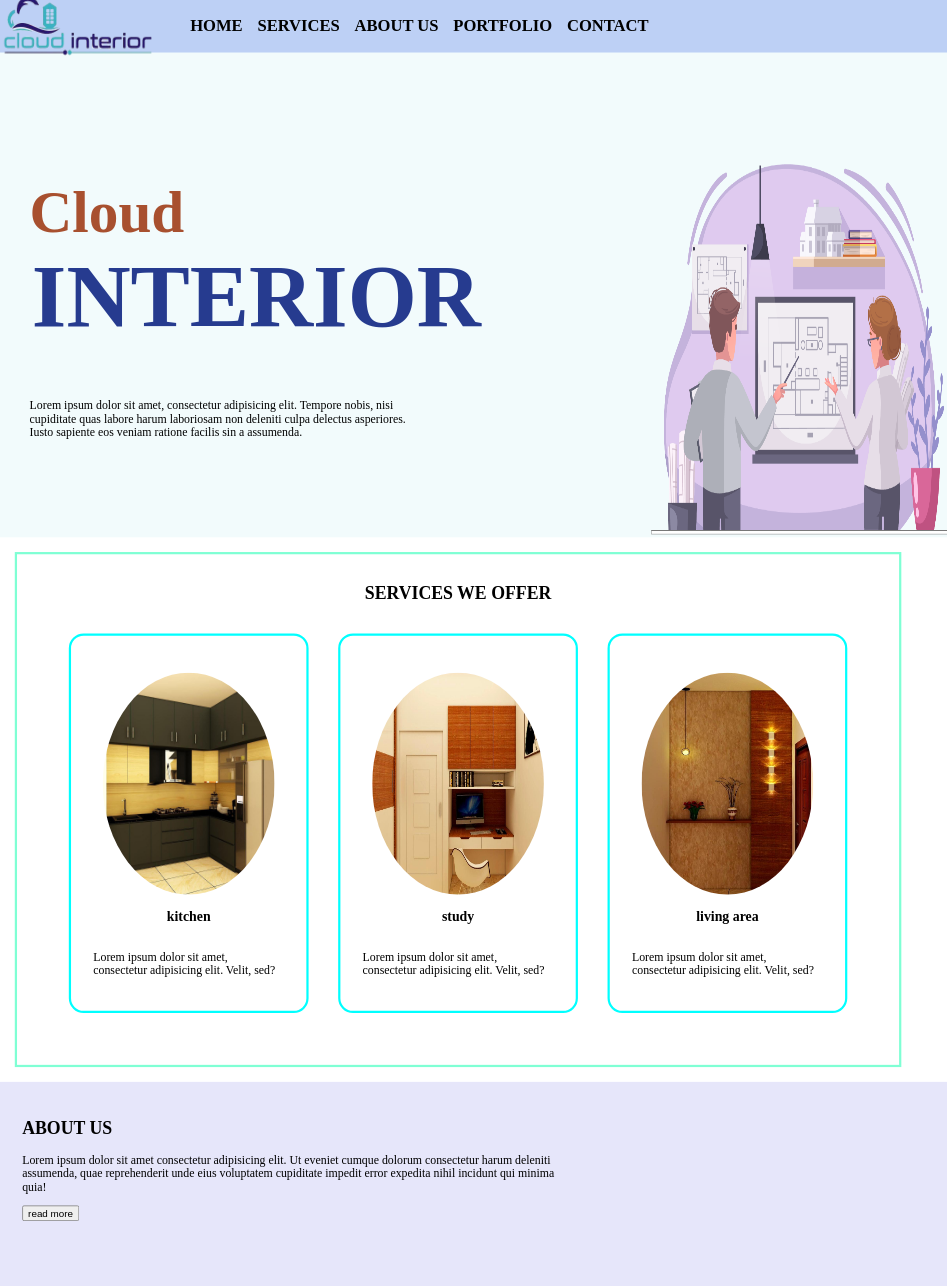
Repository: Ganavid/ganavidgowda.github.io
Page: cloud interior/‌index.html
The author's editor kept a copy of each file at every save. The page is drawn from the files as they stood at one save, then again after a run of saves.
The browser window is 1280 px wide. The pictures show the whole page, at 74% of full size.

Above is the page before, as saved 2023-03-04 01:10:10.

### cloud interior/‌index.html
<!DOCTYPE html>
<html lang="en">

<head>
    <meta charset="UTF-8">
    <meta http-equiv="X-UA-Compatible" content="IE=edge">
    <meta name="viewport" content="width=device-width, initial-scale=1.0">
    <link rel="stylesheet" href="interial.css">
    <title>cloud</title>
</head>

<body>
    <nav id="navbar">
        <div id="logocnt">
            <img id="logo" src="Layer 2.png" alt="the company" width="100px" height="50px">

        </div>
        <ul id="contents">
            <li class="item">
                <a href="interial.html">HOME</a>
            </li>
            <li class="item">
                <a href="#SERVICES">SERVICES</a>
            </li>
            <li class="item">
                <a href="about.html">ABOUT US</a>
            </li>
            <li class="item">
                <a href="gallery.html">PORTFOLIO</a>
            </li>
            <li class="item">
                <a href="register.html">CONTACT</a>
            </li>
        </ul>
    </nav>
    <div id="content2">
        <div id="subcontent">
            <h1>Cloud <br><span>Interior</span> </h1>
            <p>Lorem ipsum dolor sit amet,
                consectetur adipisicing elit.
                Tempore nobis, nisi cupiditate quas
                labore harum laboriosam non deleniti
                culpa delectus asperiores. Iusto
                sapiente eos veniam ratione facilis sin
                a assumenda.
            </p>
        </div>

        <div id="subcntimg">
            <img src="Group 1.png" alt=" studio" id="starter">
        </div>
    </div>

    <div id="ser">
        <h2 style="text-align: center;">SERVICES WE OFFER</h2>
        <div id="services">

            <div id="items">
                <img id="img1" src="ki1.jpeg" width="200px" height="300px" alt="kitchen">
                <h3>kitchen</h3>
                <p>Lorem ipsum dolor sit
                    amet, consectetur adipisicing
                    elit. Velit, sed?
                </p>
            </div>
            <div id="items">
                <img id="img1" src="stu1.jpeg" width="200px" height="300px" alt="">
                <h3>study</h3>
                <p>Lorem ipsum dolor sit
                    amet, consectetur adipisicing
                    elit. Velit, sed?
                </p>
            </div>
            <div id="items">
                <img id="img1" src="h2.jpeg" width="200px" height="300px" alt="bathroom">
                <h3>living area</h3>
                <p>Lorem ipsum dolor sit
                    amet, consectetur adipisicing
                    elit. Velit, sed?
                </p>
            </div>
        </div>

    </div>
    <div id="about">
        <h2>ABOUT US</h2>
        <p id="abtcon">Lorem ipsum dolor sit amet consectetur adipisicing elit. Ut eveniet cumque dolorum consectetur
            harum deleniti assumenda, quae reprehenderit unde eius voluptatem cupiditate impedit error expedita nihil
            incidunt qui minima quia!</p>
        <button id="button">read more</button>
    </div>

</body>

</html>

### cloud interior/interial.css
body{
    margin: 0px;
    padding: 0px;
    border: 0px;
}


nav{
    display: flex;
    justify-content: left;
    background-color: #BDD0F5;
    padding: 3px;
    align-items: center;
    height: 9vh;
}

#logocnt{
    display: flex;
    flex-direction: row;
}

#logo{
    height: 80px;
    width: 200px;
    margin: 2px;
}

#contents{
    display: flex;
    flex-direction: row;
    list-style: none;

}
#contents li{
    display: flex;
    flex-direction: row;
    list-style: none;
    margin: 0px 10px 0px 10px;

}


#contents li a{
    text-decoration: none;
    margin: 0xp 10px 0px 10px;
    color:white;
    font-family: ebrima;
    font-weight: bold;
    font-size: 140%;
    color: black;
}

#content2 {
    display: flex;
    flex-direction:row;
    margin: 0px;
    padding: 0px;
    justify-content:space-between;
    height: 91vh;
    background-color: #3abccb11;
}


#subcontent{
    display: flex;
    flex-direction: column;
    width: 40%;
    padding: 40px;
    align-items: normal;
    justify-content: center;

}

#subcontent h1 {
    color: #A8502F;
    font-size: 500%;
    font-family: Arial Rounded MT;
    font-weight: bold;
}

#subcontent h1 span{
    color: #263B8F;
    font-size: 150%;
    margin: 3px;
    text-transform: uppercase;
}

#subcntimg{
    align-self: flex-end;
}

#starter{
    align-self: flex-end;
    height: 500px;
    width: ;
}

img{
    margin-top: 20px;
    width: 400px;
    align-items: center;
}
#ser{
    border: solid aquamarine;
    margin: 20px;
    padding: 20px;
    width: 90%;
    justify-content: space-around;

}
#services{
    display: flex;
    flex-direction: row;
    overflow:hidden;
    padding: 30px;
    padding-top: 0;

}
#items{display: flex;
    flex-direction: column;
    overflow:hidden;
    padding: 30px;
    border: solid aqua;
    align-content: space-around;
    margin: 20px;
    align-items: center;
    border-radius: 20px;


}
#about{
background-color: lavender;
justify-content: center;
height: 30vh;
padding: 30px;
}
#img1{
    border-radius: 50%;
    width:90%;

}
#abtcon{
    width: 60%;
}

After the next 2 saves:
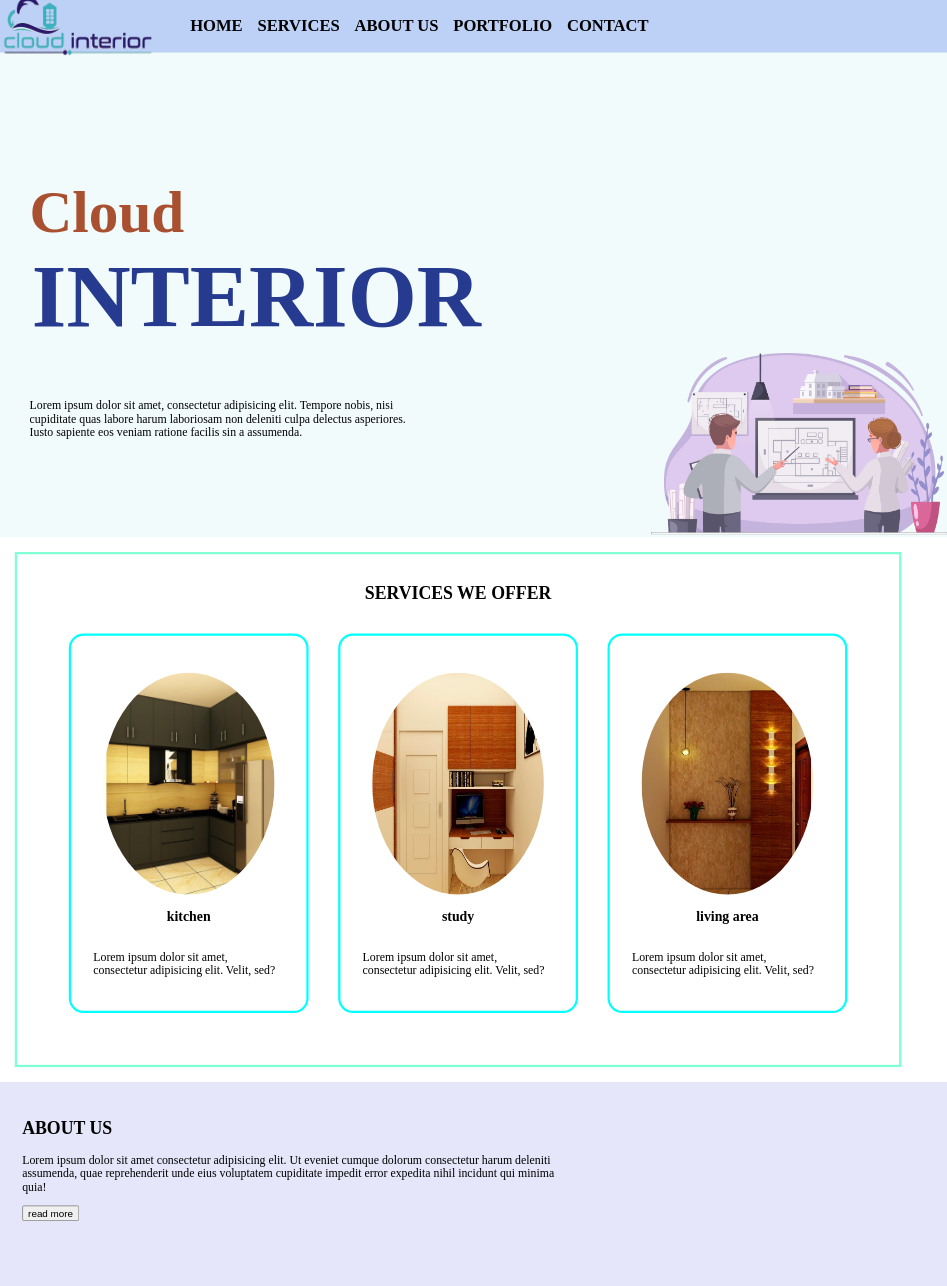
The 2 saves are shown as one change because they came seconds apart.
The last was saved 11 s later.
--- a/cloud interior/interial.css
+++ b/cloud interior/interial.css
@@ -91,8 +91,7 @@ nav{
 
 #starter{
     align-self: flex-end;
-    height: 500px;
-    width: ;
+
 }
 
 img{
